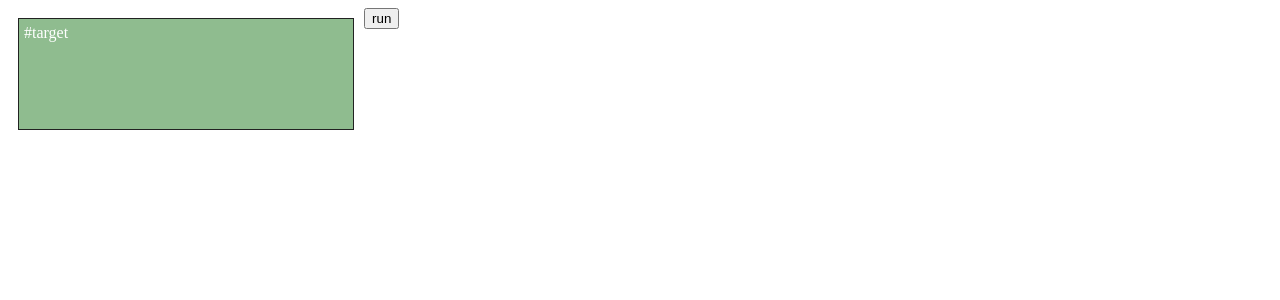
Repository: silenttemplar/java_start_project
Page: hansung_ee_2014/hansung_jquery_exercise/WebContent/14. Animate.html
The author's editor kept a copy of each file at every save. The page is drawn from the files as they stood at one save, then again after the next save.
The browser window is 1280 px wide. The pictures show the whole page.
After loading, the first visible `input` was clicked once.

Above is the page before, as saved 2014-08-27 07:59:04.

After the next save:
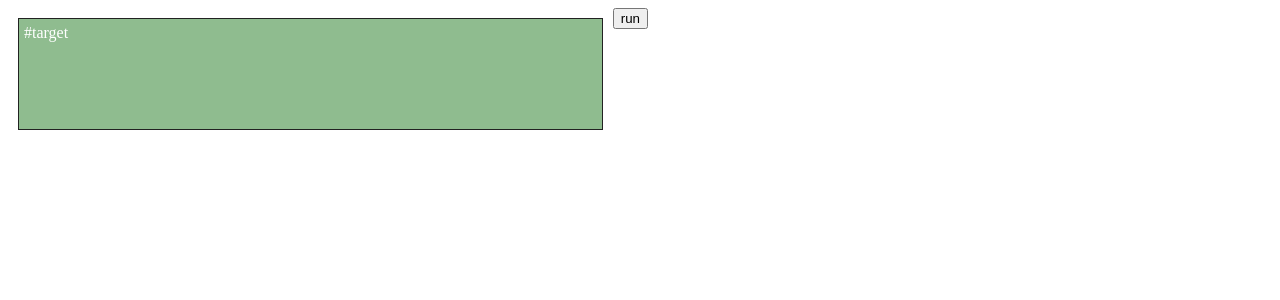
Saved 8 s later.
--- a/hansung_ee_2014/hansung_jquery_exercise/WebContent/14. Animate.html
+++ b/hansung_ee_2014/hansung_jquery_exercise/WebContent/14. Animate.html
@@ -9,7 +9,9 @@
 	 * 함수 : animate(), width(), height()
 	 */
 	function run() {
-		 $("#target").animate({width:"500px"},3000);
+		 $("#target").animate({
+		 											width:"1000px",
+		 											heigth:"500px"},3000);
 
 	}
 </script>

After the save that followed:
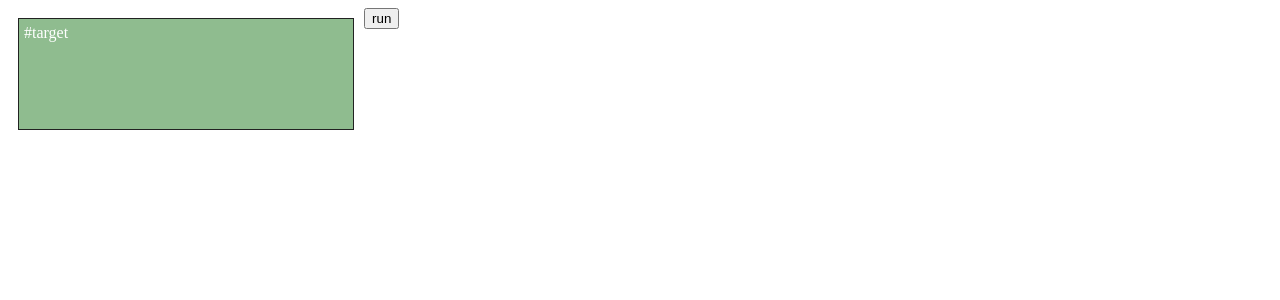
Saved 9 s later.
--- a/hansung_ee_2014/hansung_jquery_exercise/WebContent/14. Animate.html
+++ b/hansung_ee_2014/hansung_jquery_exercise/WebContent/14. Animate.html
@@ -10,7 +10,7 @@
 	 */
 	function run() {
 		 $("#target").animate({
-		 											width:"1000px",
+		 											width:"500px",
 		 											heigth:"500px"},3000);
 
 	}
